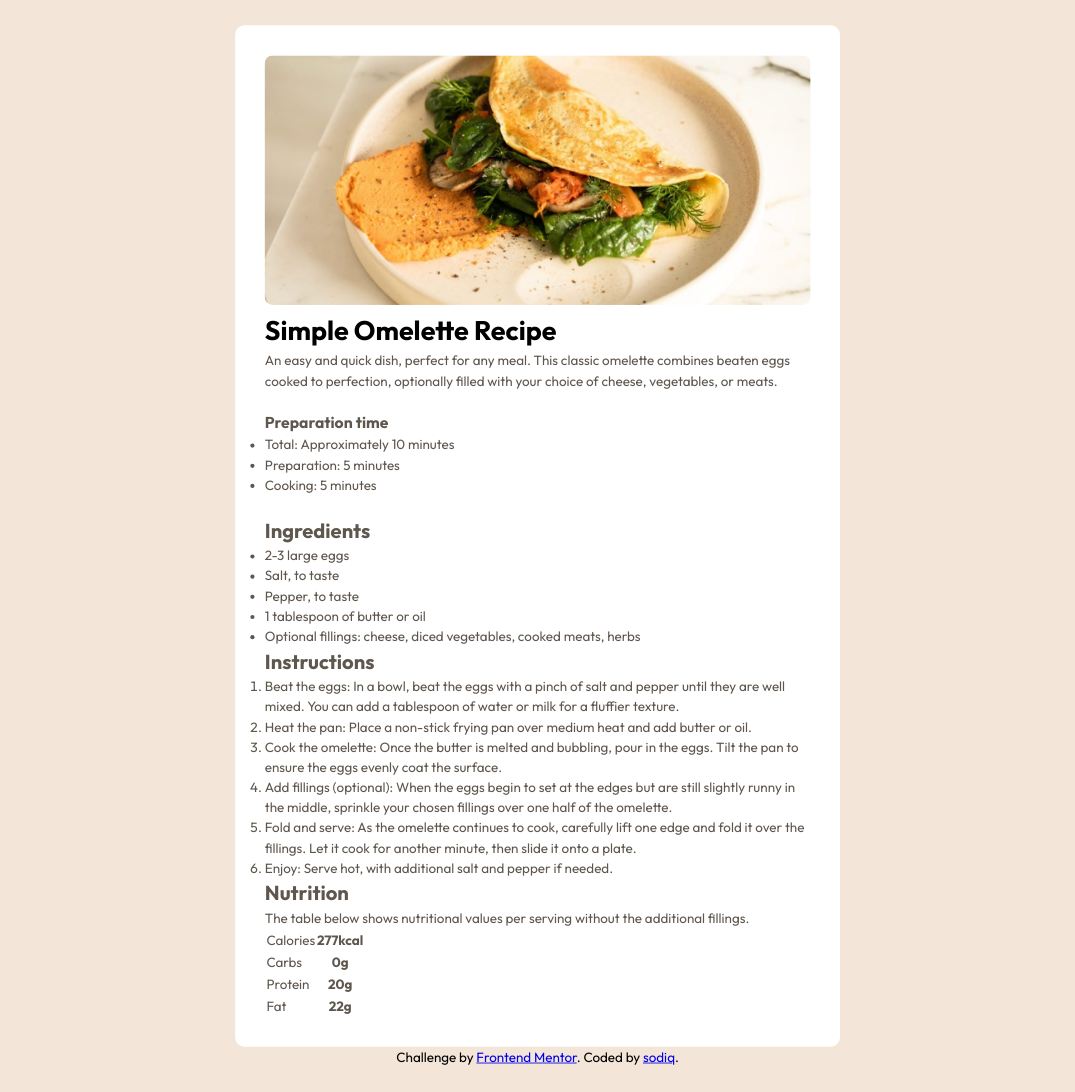
Repository: sodmaq/recipe-page-
Page: index.html
An editor plug-in stored every save of this project. The page is shown before and after the next save, followed by the edit.
The browser window is 1280 px wide. The pictures show the whole page, at 84% of full size.

Above is the page before, as saved 2024-09-08 04:28:53.

After the next save:
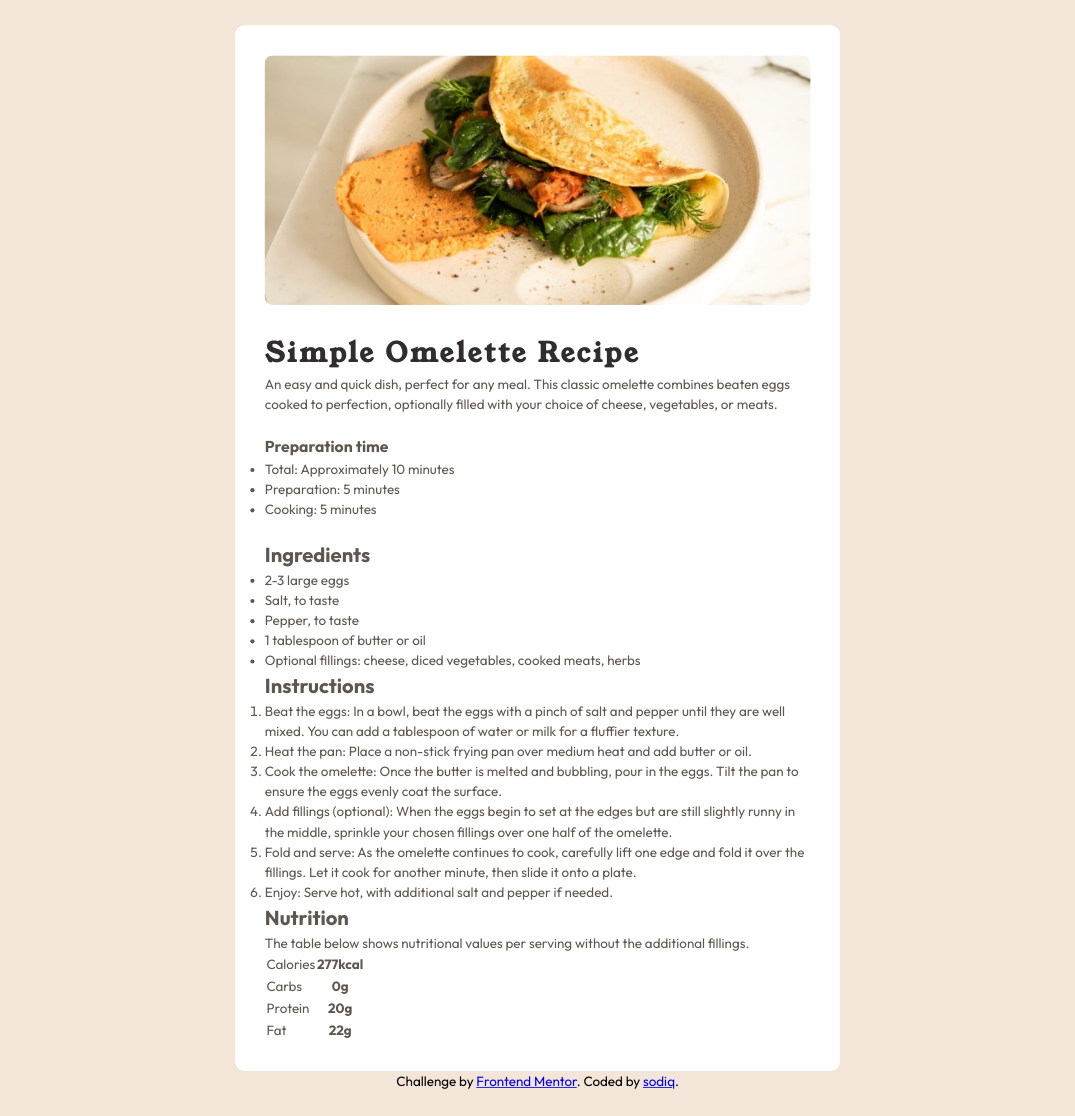
Saved 40 s later.
--- a/style.css
+++ b/style.css
@@ -53,3 +53,9 @@ img {
   max-width: 100%;
   border-radius: 0.6rem;
 }
+.title {
+  font-family: "Young Serif", serif;
+  margin-top: 1.8rem;
+  letter-spacing: 0.2rem;
+  color: var(--Dark-Charcoal);
+}
